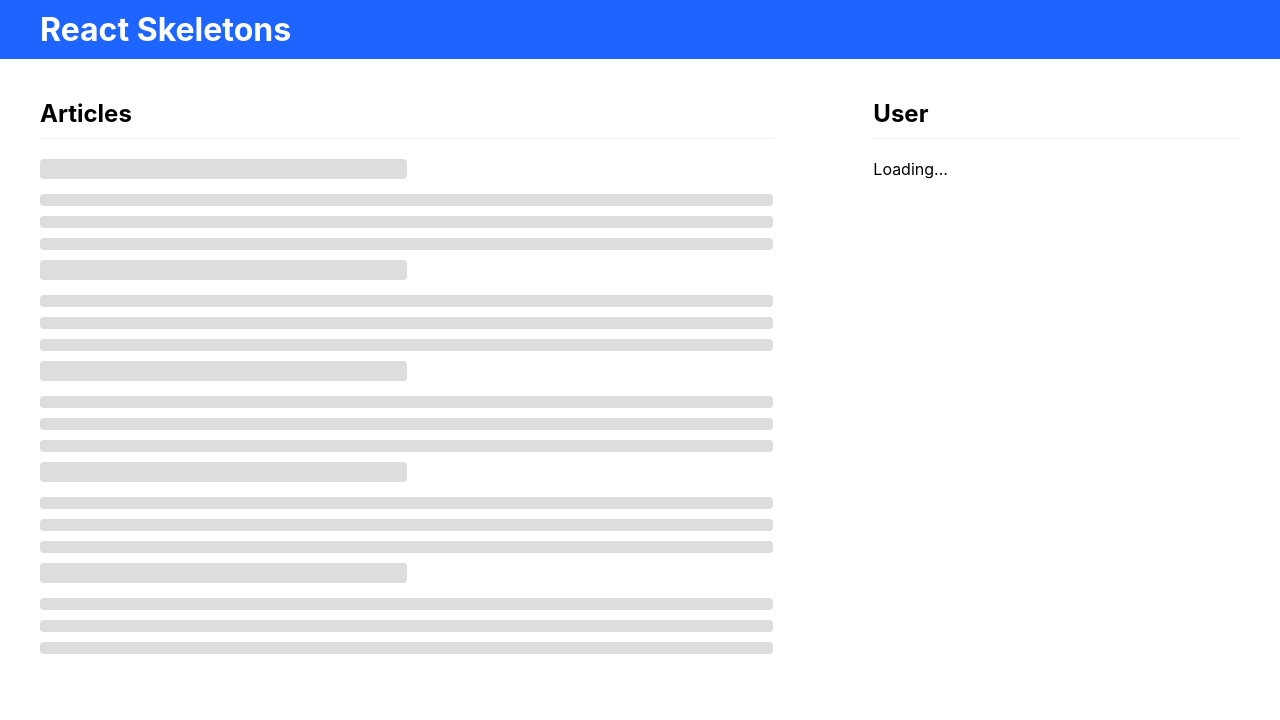
Repository: hwangstar156/React-skeleton-image
Page: /
An editor plug-in stored every save of this project. The page is shown before and after the next save, followed by the edit.
The browser window is 1280 px wide. The pictures show the whole page.
The page's requests for data from a server got no answer. The project was rebuilt for these pictures with package versions that can differ from the ones it lists, and the page was loaded fresh each time. No one was signed in, and anything a server would have sent is missing.

Above is the page before, as saved 2021-10-02 01:16:56.

### src/index.css
body {
  margin: 0;
  font-family: -apple-system, BlinkMacSystemFont, 'Segoe UI', 'Roboto', 'Oxygen',
    'Ubuntu', 'Cantarell', 'Fira Sans', 'Droid Sans', 'Helvetica Neue',
    sans-serif;
  -webkit-font-smoothing: antialiased;
  -moz-osx-font-smoothing: grayscale;
}

code {
  font-family: source-code-pro, Menlo, Monaco, Consolas, 'Courier New',
    monospace;
}

header {
  background : #1e65ff;
  padding : 10px;
}

header h1 {
  color : white;
  max-width: 1200px;
  margin : 0 auto;
}

h2 {
  padding-bottom : 10px;
  border-bottom: 1px solid #eee;
}

.content {
  width : 100%;
  max-width: 1200px;
  margin: 0 auto;
  padding : 20px;
  display: grid;
  grid-template-columns: 2fr 1fr;
  gap : 100px;
}

### src/App.js
import React from "react";

import Articles from "./component/Article";
import User from "./component/User";
function App() {
  return (
    <div className="App">
      <header>
        <h1>React Skeletons</h1>
      </header>
      <div className="content">
        <Articles />
        <User />
      </div>
    </div>
  );
}

export default App;

### src/component/Article.js
import React, { useEffect, useState } from "react";
import SkeletonArticle from "../skeletons/Skeleton.articles";

const Articles = () => {
  const [articles, setArticles] = useState(null);

  useEffect(() => {
    setTimeout(async () => {
      const res = await fetch("https://jsonplaceholder.typicode.com/posts");
      const data = await res.json();
      setArticles(data);
    }, 5000);
  }, []);
  return (
    <div className="articles">
      <h2>Articles</h2>

      {articles &&
        articles.map((article) => (
          <div className="article" key={article.id}>
            <h3>{article.title}</h3>
            <p>{article.body}</p>
          </div>
        ))}
      {!articles && [1, 2, 3, 4, 5].map((n) => <SkeletonArticle key={n} />)}
    </div>
  );
};

export default Articles;

### src/component/User.js
import React, { useState, useEffect } from "react";

const User = () => {
  const [profile, setProfile] = useState(null);

  useEffect(() => {
    setTimeout(async () => {
      const res = await fetch("https://jsonplaceholder.typicode.com/users/1");
      const data = await res.json();
      setProfile(data);
    }, 5000);
  }, []);
  return (
    <div className="user">
      <h2>User</h2>
      {profile && (
        <div className="profile" key={profile.id}>
          <h3>{profile.username}</h3>
          <p>{profile.email}</p>
          <a href={profile.website}>{profile.website}</a>
        </div>
      )}

      {!profile && <div>Loading...</div>}
    </div>
  );
};

export default User;

### src/skeletons/Skeleton.articles.js
import React from "react";
import SkeletonElement from "./skeleton.element";

const SkeletonArticle = () => {
  return (
    <div className="skeleton-wrapper">
      <div className="skeleton-article">
        <SkeletonElement type="title" />
        <SkeletonElement type="text" />
        <SkeletonElement type="text" />
        <SkeletonElement type="text" />
      </div>
    </div>
  );
};

export default SkeletonArticle;

### src/skeletons/skeleton.element.js
import React from "react";
import "./skeleton.css";
const SkeletonElement = ({ type }) => {
  const classes = `skeleton ${type}`;
  return <div className={classes}></div>;
};

export default SkeletonElement;

### src/skeletons/skeleton.css
/* basic styles */

.skeleton {
    background: #ddd;
    margin : 10px 0;
    border-radius: 4px;

}

.skeleton.text {
    width : 100%;
    height : 12px;
}

.skeleton.title {
    width: 50%;
    height: 20px;
    margin-bottom: 15px;
}

.skeleton.avatar{
    width: 100px;
    height: 100px;
    border-radius: 50%;
}

.skeleton.thumbnail {
    width: 100px;
    height : 100px;
}

Loaded but not shown: public/index.html (common file); src/index.js (common file)

After the next save:
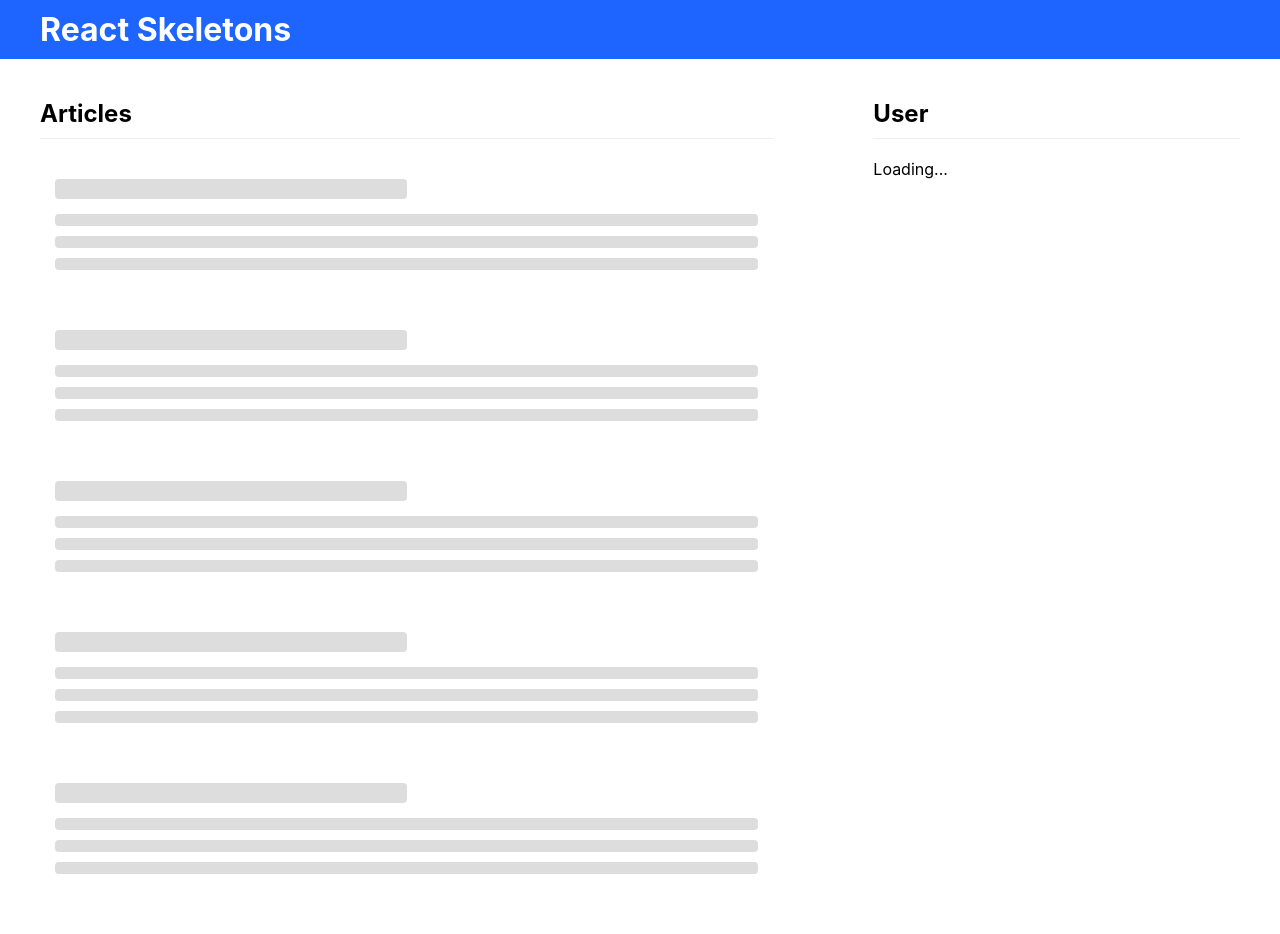
Saved 94 s later.
--- a/src/skeletons/skeleton.css
+++ b/src/skeletons/skeleton.css
@@ -28,3 +28,8 @@
     width: 100px;
     height : 100px;
 }
+
+.skeleton-wrapper {
+    margin: 20px auto;
+    padding : 10px 15px;
+}
